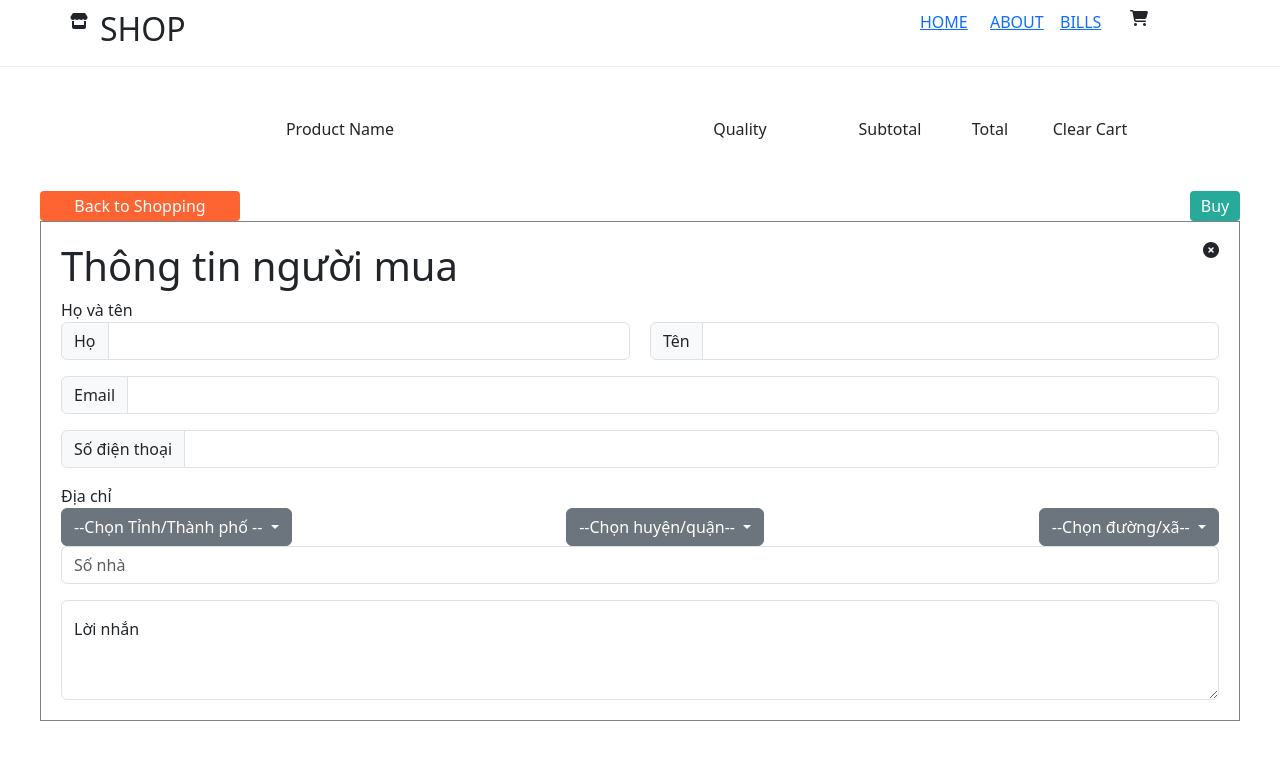
Repository: nguyenhaidang212/danh-sach-ban-hang
Page: index.html
An editor plug-in stored every save of this project. The page is shown before and after the next save, followed by the edit.
The browser window is 1280 px wide. The pictures show the whole page.
Some web libraries are served in a nearby version.

Above is the page before, as saved 2023-02-10 14:51:47.

### index.html
<!DOCTYPE html>
<html lang="en">
  <head>
    <meta charset="UTF-8" />
    <meta http-equiv="X-UA-Compatible" content="IE=edge" />
    <meta name="viewport" content="width=device-width, initial-scale=1.0" />
    <title>Danh sach ban hang</title>
    <link rel="stylesheet" href="style.css" />
    <script
      src="https://kit.fontawesome.com/2568d54abe.js"
      crossorigin="anonymous"
    ></script>
    <link
      href="https://cdn.jsdelivr.net/npm/bootstrap@5.3.0-alpha1/dist/css/bootstrap.min.css"
      rel="stylesheet"
      integrity="sha384-GLhlTQ8iRABdZLl6O3oVMWSktQOp6b7In1Zl3/Jr59b6EGGoI1aFkw7cmDA6j6gD"
      crossorigin="anonymous"
    />
    <script
      src="https://cdn.jsdelivr.net/npm/bootstrap@5.3.0-alpha1/dist/js/bootstrap.bundle.min.js"
      integrity="sha384-w76AqPfDkMBDXo30jS1Sgez6pr3x5MlQ1ZAGC+nuZB+EYdgRZgiwxhTBTkF7CXvN"
      crossorigin="anonymous"
    ></script>
  </head>
  <body>
    <header>
      <div class="header-title">
        <i class="fas fa-store header-icon-title"></i>
        <h2>SHOP</h2>
      </div>
      <div class="header-menu">
        <div class="header-menu-home">
          <a href="">HOME</a>
        </div>
        <div class="header-menu-about">
          <a href="">ABOUT</a>
        </div>
        <div class="header-menu-bill">
          <a href="">BILLS</a>
        </div>
        <i class="fas fa-shopping-cart buy_display"></i>
      </div>
    </header>

    <!-- Trang giao dien -->
    <main class="main_menu" style="display: none">
      <div class="list"></div>
    </main>
    <!-- Trang danh sach -->
    <main class="main_buy">
      <div class="title">
        <span>Product Name</span><span>Quality</span><span>Subtotal</span
        ><span>Total</span><span>Clear Cart</span>
      </div>
      <div class="buy">
        <button id="back">Back to Shopping</button>
        <button id="buy">Buy</button>
      </div>

      <!-- Trang thanh toan -->
      <div class="buy_form">
        <div class="form_title">
          <h1>Thông tin người mua</h1>
          <i class="fa-solid fa-circle-xmark"></i>
        </div>
        <div class="form_content">
          <div class="form_grid">
            <!-- <div id="name">Họ và tên</div>
            <input type="text" placeholder="Họ" />
            <input type="text" placeholder="Tên" />
            <div id="email">Email</div>
            <input type="text" placeholder="Email" />
            <div id="phone">Số điện thoại</div>
            <input type="text" placeholder="Số điện thoại" />
            <div id="address">Địa chỉ</div> -->
            <div id="name">Họ và tên</div>
            <div class="username">
              <div class="input-group mb-3">
                <span class="input-group-text" id="basic-addon1">Họ</span>
                <input
                  type="text"
                  class="form-control"
                  aria-label="Username"
                  aria-describedby="basic-addon1"
                />
              </div>
              <div class="input-group mb-3">
                <span class="input-group-text" id="basic-addon1">Tên</span>
                <input
                  type="text"
                  class="form-control"
                  aria-label="Username"
                  aria-describedby="basic-addon1"
                />
              </div>
            </div>
            <div class="input-group mb-3">
              <span class="input-group-text" id="basic-addon1">Email</span>
              <input
                type="text"
                class="form-control"
                aria-label="Username"
                aria-describedby="basic-addon1"
              />
            </div>
            <div class="input-group mb-3">
              <span class="input-group-text" id="basic-addon1"
                >Số điện thoại</span
              >
              <input
                type="text"
                class="form-control"
                aria-label="Username"
                aria-describedby="basic-addon1"
              />
            </div>
            <div id="address">Địa chỉ</div>
            <div class="address">
              <div class="dropdown">
                <button
                  class="btn btn-secondary dropdown-toggle"
                  type="button"
                  data-bs-toggle="dropdown"
                  aria-expanded="false"
                >
                  --Chọn Tỉnh/Thành phố --
                </button>
                <ul class="dropdown-menu">
                  <li><a class="dropdown-item" href="#">Action</a></li>
                  <li><a class="dropdown-item" href="#">Another action</a></li>
                  <li>
                    <a class="dropdown-item" href="#">Something else here</a>
                  </li>
                </ul>
              </div>
              <div class="dropdown">
                <button
                  class="btn btn-secondary dropdown-toggle"
                  type="button"
                  data-bs-toggle="dropdown"
                  aria-expanded="false"
                >
                  --Chọn huyện/quận--
                </button>
                <ul class="dropdown-menu">
                  <li><a class="dropdown-item" href="#">Action</a></li>
                  <li><a class="dropdown-item" href="#">Another action</a></li>
                  <li>
                    <a class="dropdown-item" href="#">Something else here</a>
                  </li>
                </ul>
              </div>
              <div class="dropdown">
                <button
                  class="btn btn-secondary dropdown-toggle"
                  type="button"
                  data-bs-toggle="dropdown"
                  aria-expanded="false"
                >
                  --Chọn đường/xã--
                </button>
                <ul class="dropdown-menu">
                  <li><a class="dropdown-item" href="#">Action</a></li>
                  <li><a class="dropdown-item" href="#">Another action</a></li>
                  <li>
                    <a class="dropdown-item" href="#">Something else here</a>
                  </li>
                </ul>
              </div>
            </div>
            <div class="input-group mb-3">
              <input
                type="text"
                class="form-control"
                placeholder="Số nhà"
                aria-label="Username"
                aria-describedby="basic-addon1"
              />
            </div>
            <div class="form-floating">
              <textarea
                class="form-control"
                placeholder="Leave a comment here"
                id="floatingTextarea2"
                style="height: 100px"
              ></textarea>
              <label for="floatingTextarea2">Lời nhắn</label>
            </div>
          </div>
        </div>
      </div>
    </main>
    <script src="main.js"></script>
  </body>
</html>
<!-- <div class="list_buy">
  <div class="buy-name">${e.name}</div>
  <div class="buy-quality">
    <i class="fa-solid fa-minus plus-icon"></i>
    ${e.quality}
    <i class="fa-solid fa-plus minus-icon"></i>
  </div>
  <div class="buy-price">${e.gia}</div>
  <div class="buy-sum">${e.id}</div>
  <div><i class="fa-solid fa-circle-xmark buy-del"></i></div>
</div> -->

### style.css
* {
  padding: 0;
  margin: 0;
  box-sizing: border-box;
}
.form {
  display: inline-grid;
  grid-template-columns: 150px 150px 150px 150px;
  column-gap: 20px;
  row-gap: 20px;
  text-align: center;
  margin-bottom: 20px;
}
header {
  display: flex;
  border-bottom: 1px solid #eee;
  width: 100%;
  padding: 10px 100px 10px;
  justify-content: space-between;
}
.header-title {
  display: flex;
}
h2 {
  font-size: 20px;
}
.header-icon-title {
  position: absolute;
  left: 70px;
  top: 13px;
}
.header-menu {
  display: grid;
  grid-template-columns: 50px 50px 50px 50px;
  column-gap: 20px;
}
a {
  text-decoration: none;
  color: black;
}
main {
  width: 1200px;
  margin: 50px auto;
}
.list {
  display: grid;
  margin: 0 225px;
  grid-template-columns: 180px 180px 180px 180px;
  column-gap: 10px;
  row-gap: 20px;
  text-align: center;
}
.item {
  border: 2px solid #eee;
  position: relative;
}
.item-imgs {
  width: 100%;
  height: 180px;
  display: flex;
  justify-content: center;
  align-items: center;
  margin-bottom: 8px;
  overflow: hidden;
}
.item-img {
  text-align: center;
  width: 100%;
}
.item-title {
  font-size: 20px;
  font-weight: 600;
}
.item-info {
  display: flex;
  justify-content: space-between;
  margin: 5px;
  padding: 0 10px;
  font-size: 12px;
}
.item-icon {
  position: absolute;
  border-radius: 50%;
  width: 30px;
  height: 30px;
  line-height: 30px;
  bottom: 36px;
  right: -4px;
}
.item-add {
  color: #fe6332;
  cursor: pointer;
}
.buy_display {
  cursor: pointer;
}
#back {
  background-color: #fe6332;
  color: white;
  border-radius: 4px;
  width: 200px;
  height: 30px;
  border: none;
  cursor: pointer;
}
#buy {
  background-color: #27aa99;
  color: white;
  border-radius: 4px;
  width: 50px;
  height: 30px;
  border: none;
  cursor: pointer;
}
.title {
  display: grid;
  grid-template-columns: 600px 200px 100px 100px 100px;
  text-align: center;
  margin-bottom: 20px;
}
.list_buy {
  display: flex;
  text-align: center;
  margin-bottom: 12px;
  max-height: 400px;
}
.buy-name {
  width: 600px;
}
.buy-quality {
  width: 200px;
}
.buy-price,
.buy-del,
.buy-sum {
  width: 100px;
}
.buy {
  margin: auto;
  display: flex;
  justify-content: space-between;
  margin-top: 50px;
}
.buy-del {
  color: red;
  cursor: pointer;
}
.plus-icon,
.minus-icon {
  margin: 0 24px;
  cursor: pointer;
  border: 1px solid #eee;
  padding: 4px;
  border-radius: 50%;
}
.plus-icon:hover {
  background-color: #fe6332;
}
.minus-icon:hover {
  background-color: #27aa99;
}
/* Trang thanh toan */
.buy_form {
  border: 1px solid rgba(128, 128, 128, 1);
  margin: 0 auto;
  padding: 20px;
}
.form_title {
  display: flex;
  justify-content: space-between;
}
.username {
  display: flex;
  grid-template-columns: 45% 45%;
  column-gap: 20px;
}
.address {
  display: flex;
  justify-content: space-between;
}
.dropdown {
  text-align: center;
}

### main.js
const listData = [
  {
    id: 1,
    name: "Quần áo nam",
    so_luong: 100,
    gia: 100,
    src: "https://znews-photo.zadn.vn/w660/Uploaded/ycgmvjvj/2018_03_31/1.jpg",
    quality: 1,
  },
  {
    id: 2,
    name: "Điện thoại",
    so_luong: 200,
    gia: 500,
    src: "https://cdn2.cellphones.com.vn/358x358,webp,q100/media/catalog/product/t/_/t_m_12.png",
    quality: 1,
  },
  {
    id: 3,
    name: "Macbook",
    so_luong: 300,
    gia: 1000,
    src: "https://cdn.tgdd.vn/Products/Images/44/231244/macbook-air-m1-2020-gold-600x600.jpg",
    quality: 1,
  },
  {
    id: 4,
    name: "Máy ảnh",
    so_luong: 400,
    gia: 1200,
    src: "https://www.nguyenkim.com/images/detailed/644/10036326-may-anh-canon-eos-3000d-kit-ef-s-18-55mm-den-1.jpg",
    quality: 1,
  },
  {
    id: 5,
    name: "Đồng hồ",
    so_luong: 500,
    gia: 1400,
    src: "https://cdn1.viettelstore.vn/images/Product/ProductImage/medium/Apple_Watch_SE-Cell-44mm-star1.jpg",
    quality: 1,
  },
  {
    id: 6,
    name: "Giày nam",
    so_luong: 600,
    gia: 1500,
    src: "https://cdn.elly.vn/uploads/2019/08/13121739/giay-nam-cao-cap-da-that-ELLY-EGTM2-5.jpg",
    quality: 1,
  },
  {
    id: 7,
    name: "Tủ lạnh",
    so_luong: 700,
    gia: 1600,
    src: "https://cdn.tgdd.vn/Products/Images/1943/284851/tu-lanh-aqua-inverter-456-lit-aqr-m525xa-fb-600x600.jpg",
    quality: 1,
  },
  {
    id: 8,
    name: "Điều hòa",
    so_luong: 800,
    gia: 1700,
    src: "https://hangdienmaygiare.com/images/products/2020/02/22/large/dieu-hoa-1-chieu-panasonic-n9wkh-8m_1582358300.jpg",
    quality: 1,
  },
  {
    id: 9,
    name: "Máy giặt",
    so_luong: 1000,
    gia: 2000,
    src: "https://hangdienmaygiare.com/images/products/2019/09/03/large/may-giat-electrolux-ewf1042bdwa-10-kg-inverter.jpg",
    quality: 1,
  },
  {
    id: 10,
    name: "Váy đầm nữ",
    so_luong: 2000,
    gia: 300,
    src: "https://luzy.vn/wp-content/uploads/2020/05/LZD10951-18.jpg",
    quality: 1,
  },
  {
    id: 11,
    name: "Mắt kính",
    so_luong: 2100,
    gia: 400,
    src: "https://vn-test-11.slatic.net/p/5e0af4609b84659f759982ac0146f184.jpg_800x800q100.jpg_600x600Q100.jpg",
    quality: 1,
  },
  {
    id: 12,
    name: "Thắt lưng da",
    so_luong: 200,
    gia: 200,
    src: "https://hoianleather.com/wp-content/uploads/2021/04/That-lung-da-bo-that-danh-cho-nam-2.jpg",
    quality: 1,
  },
];
const keyLocalStorageListSP = "DANHSACHSP";
const keyLocalStorageItemCart = "DANHSACHITEMCART";
const listItem = document.querySelector(".list");
const $ = document.body;

localStorage.setItem(keyLocalStorageListSP, JSON.stringify(listData));
const item = JSON.parse(localStorage.getItem(keyLocalStorageListSP));
item.forEach((value) => {
  const template = `<div class="item">
  <div class="item-imgs">
    <img src="${value.src}" alt="" class="item-img"/>
  </div>
  <div class="item-icon"><i class="fa-solid fa-cart-plus item-add"></i></div>
  <div class="item-title">${value.name}</div>
  <div class="item-info">
    <div class="item-price">Giá: ${value.gia}</div>
    <div class="item-quality">Số lượng: ${value.so_luong}</div>
  </div>
</div>`;
  listItem.insertAdjacentHTML("beforeend", template);
});
const itemAdd = document.querySelectorAll(".item-add");
const arrayItemAdd = [];
const mainMenu = document.querySelector(".main_menu");
const mainBuy = document.querySelector(".main_buy");
const buyDiplay = document.querySelector(".buy");
const delItem = document.querySelector(".buy-del");
$.addEventListener("click", (e) => {
  //-----Chuyen trang-----
  if (e.target.matches(".buy_display")) {
    const listItem = JSON.parse(localStorage.getItem(keyLocalStorageItemCart));
    mainMenu.style.display = "none";
    mainBuy.style.display = "block";
    displayItem(listItem);
  }
  if (e.target.matches("#back")) {
    mainMenu.style.display = "block";
    mainBuy.style.display = "none";
    const back = document.querySelector("#back");
    document.querySelectorAll(".list_buy").forEach((e) => {
      e.remove();
    });
  }
  if (e.target.matches("#buy")) {
    // $.style.display = "none";
  }
  //-----Add Item-----
  if (e.target.matches(".item-add")) {
    addItem(e.target);
  }
  //-----Del Item-----
  if (e.target.matches(".buy-del")) {
    const itemDelName =
      e.target.parentNode.previousElementSibling.previousElementSibling
        .previousElementSibling.previousElementSibling;
    delItemBuy(itemDelName);
  }
  //-----Increase/Decrease Item----
  if (e.target.matches(".plus-icon")) {
    const listItem = JSON.parse(localStorage.getItem(keyLocalStorageItemCart));
    listItem.forEach((value) => {
      if (
        value.name == e.target.parentNode.previousElementSibling.textContent
      ) {
        value.soluong++;
      }
    });
    localStorage.setItem(keyLocalStorageItemCart, JSON.stringify(listItem));
    console.log(listItem);
    const listBuy = document.querySelectorAll(".list_buy");
    listBuy.forEach((e) => {
      e.remove();
    });
    displayItem(listItem);
  }
  if (e.target.matches(".minus-icon")) {
    const listItem = JSON.parse(localStorage.getItem(keyLocalStorageItemCart));
    listItem.forEach((value, i) => {
      if (
        value.name == e.target.parentNode.previousElementSibling.textContent
      ) {
        value.soluong--;
        if (value.soluong == 0) {
          listItem.splice(i, 1);
        }
      }
    });
    console.log(listItem);
    localStorage.setItem(keyLocalStorageItemCart, JSON.stringify(listItem));
    const listBuy = document.querySelectorAll(".list_buy");
    listBuy.forEach((e) => {
      e.remove();
    });
    displayItem(listItem);
  }
});

// // -----Them san pham-----
function addItem(value) {
  item.forEach((e) => {
    if (e.name == value.parentNode.nextElementSibling.textContent) {
      const object = {
        id: e.id,
        soluong: e.quality,
        name: e.name,
        price: e.gia,
      };
      arrayItemAdd.forEach((e, i) => {
        if (object.id == e.id) {
          object.soluong = e.soluong + 1;
          arrayItemAdd.splice(i, 1);
        }
      });
      arrayItemAdd.push(object);
    }
  });
  localStorage.setItem(keyLocalStorageItemCart, JSON.stringify(arrayItemAdd));
}

// //-----Hien thi san pham da mua-----
function displayItem(arr) {
  arr.forEach((e) => {
    item.forEach((value) => {
      if (value.id == e.id) {
        const price = Number(e.price) * Number(e.soluong);
        buyDiplay.insertAdjacentHTML(
          "beforebegin",
          `<div class="list_buy">
        <div class="buy-name">${value.name}</div>
        <div class="buy-quality">
        <i class="fa-solid fa-minus minus-icon"></i>
        ${e.soluong}
        <i class="fa-solid fa-plus plus-icon"></i>
        </div>
        <div class="buy-price">${value.gia}</div>
        <div class="buy-sum">${price}</div>
        <div><i class="fa-solid fa-circle-xmark buy-del"></i></div>
      </div>`
        );
      }
    });
  });
}

// //-----Xoa san pham-----
function delItemBuy(name) {
  name.parentNode.remove();
  arrayItemAdd.forEach((e, i) => {
    if (e.name == name.textContent) {
      arrayItemAdd.splice(i, 1);
    }
  });
  localStorage.setItem(keyLocalStorageItemCart, JSON.stringify(arrayItemAdd));
}
// localStorage.clear();

After the next save:
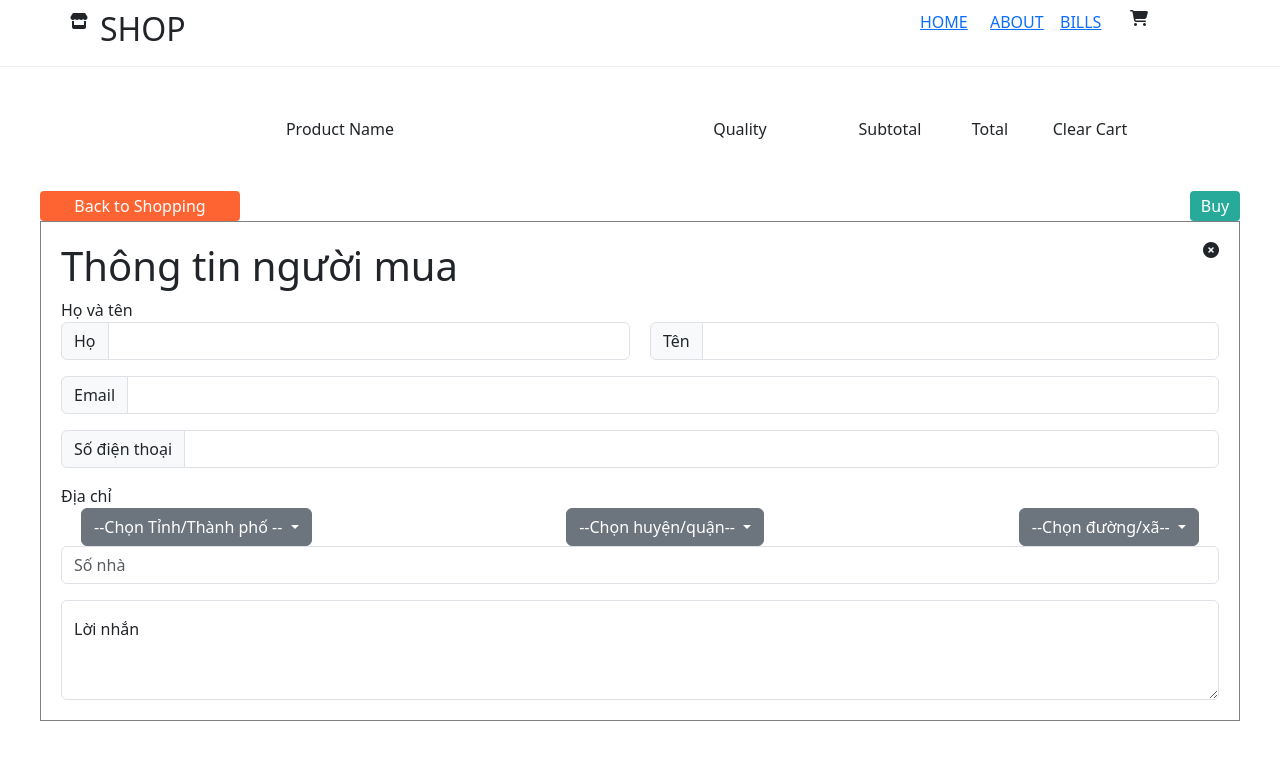
Saved 9 s later.
--- a/style.css
+++ b/style.css
@@ -177,6 +177,7 @@
 .address {
   display: flex;
   justify-content: space-between;
+  margin: 0 20px;
 }
 .dropdown {
   text-align: center;

After the save that followed:
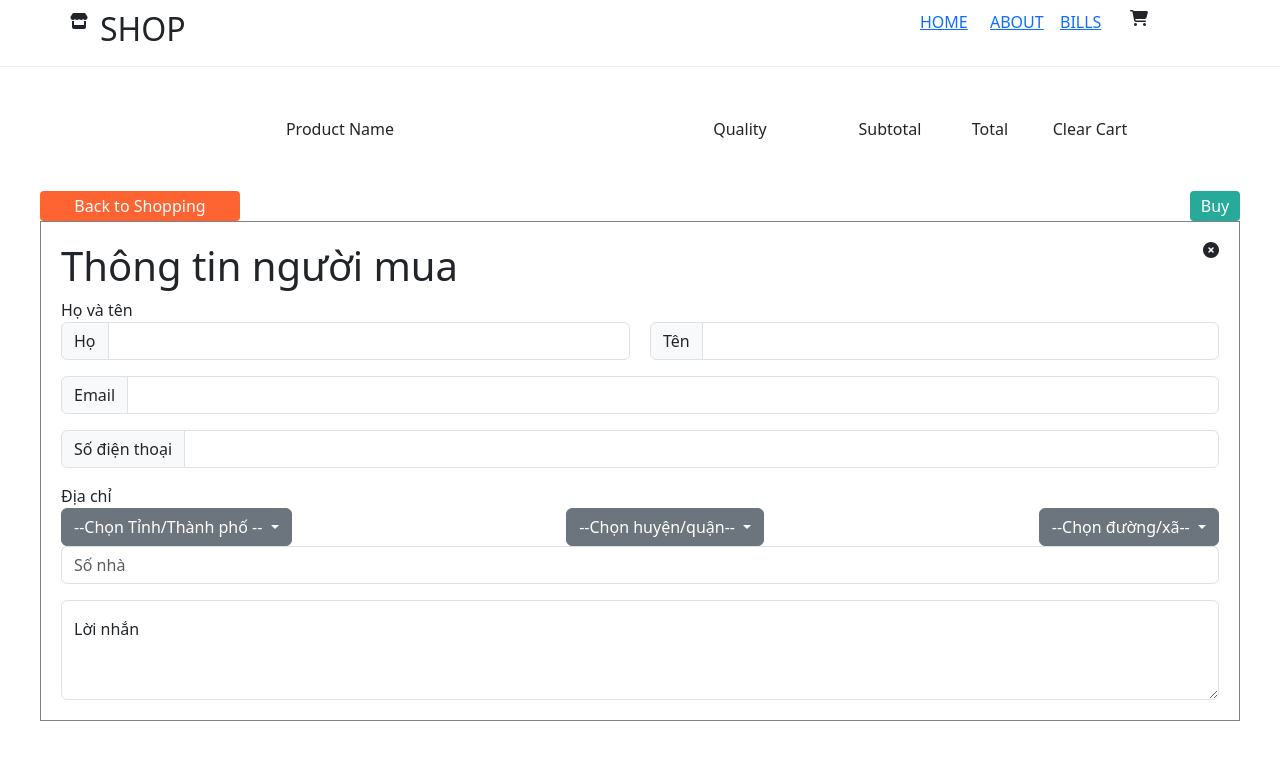
Saved 9 s later.
--- a/style.css
+++ b/style.css
@@ -177,7 +177,6 @@
 .address {
   display: flex;
   justify-content: space-between;
-  margin: 0 20px;
 }
 .dropdown {
   text-align: center;
